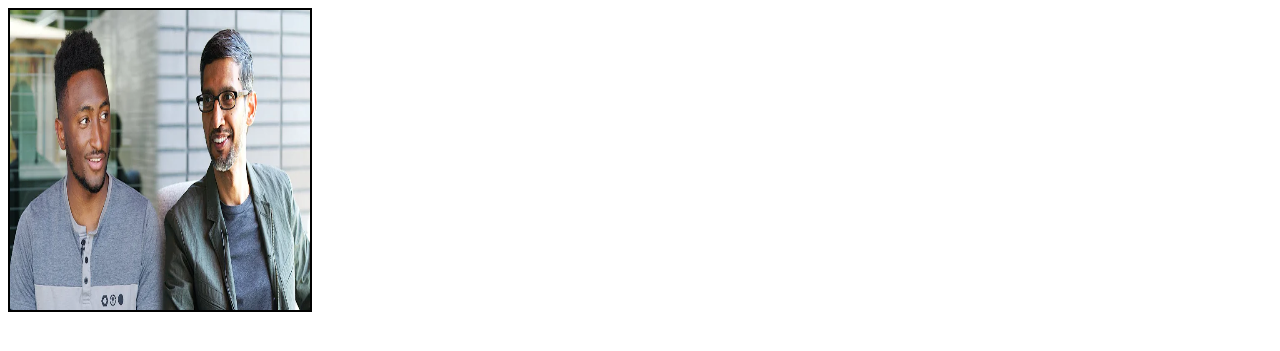
Repository: RagulRanjeeth/Frontend
Page: CloneYoutube/index.html
The author's editor kept a copy of each file at every save. The page is drawn from the files as they stood at one save, then again after the next save.
The browser window is 1280 px wide. The pictures show the whole page.

Above is the page before, as saved 2026-01-22 14:12:24.

### CloneYoutube/index.html
<!DOCTYPE html>
<html>
    <head><title>Youtube Clone</title>
    <link rel="stylesheet" href="Styles.css"></head>
    <body>
        <img class="Thumbnails" src="Thumbnails/thumbnail-1.webp">
    </body>
</html>

### CloneYoutube/Styles.css
.Thumbnails{
    width: 300px;
    height:300px;
    object-fit: fill;
    object-position:center;
    border-width: 2px;
    border-style:solid;
}

After the next save:
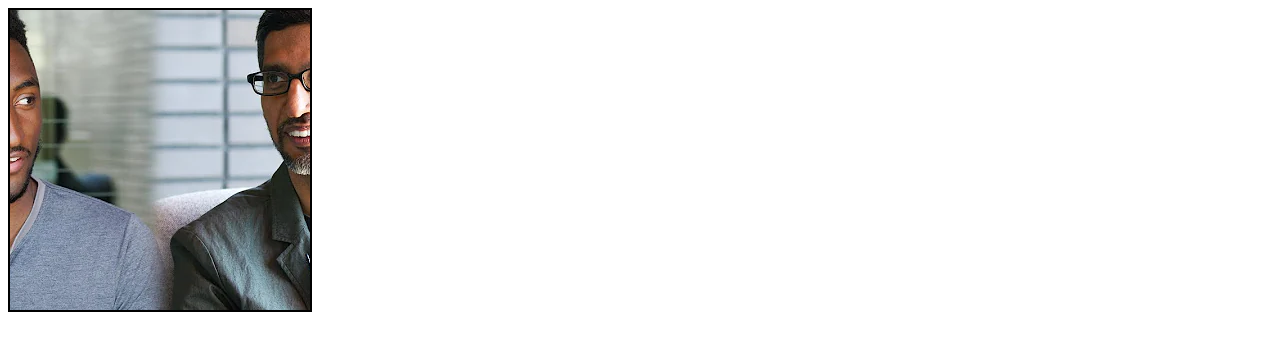
Saved 30 s later.
--- a/CloneYoutube/Styles.css
+++ b/CloneYoutube/Styles.css
@@ -1,7 +1,7 @@
 .Thumbnails{
     width: 300px;
     height:300px;
-    object-fit: fill;
+    object-fit: none;
     object-position:center;
     border-width: 2px;
     border-style:solid;
